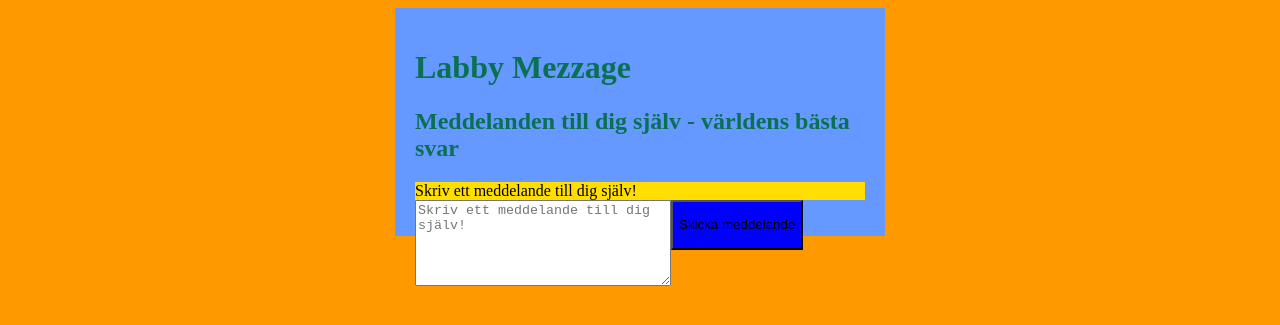
Repository: mi222ep/1dv403-laborationer
Page: 2-labbymezzage/index.html
The author's editor kept a record of every edit. The page is drawn from the files as they stood at one moment, then again after the next edit.
The browser window is 1280 px wide. The pictures show the whole page.

Above is the page before.

After the next edit:
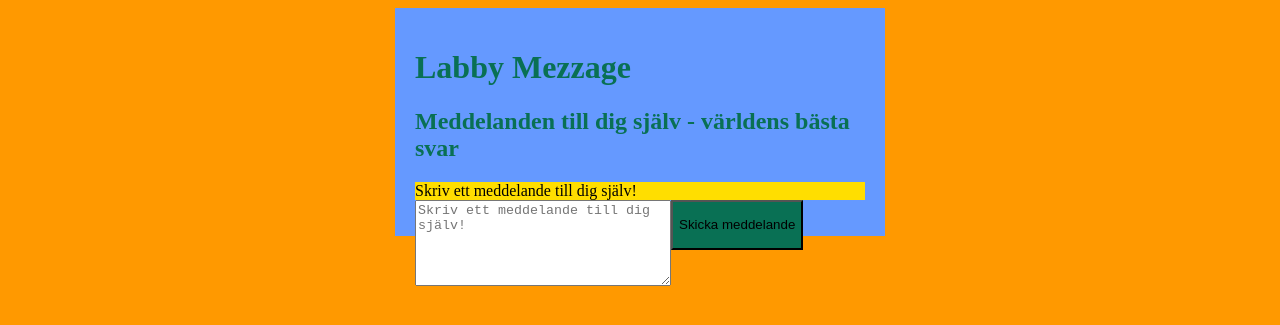
The edit:
--- a/2-labbymezzage/css/style.css
+++ b/2-labbymezzage/css/style.css
@@ -35,5 +35,5 @@
 input{
     float:left;
     height: 50px;
-    background-color: blue;
+    background-color: #097054;;
 }
